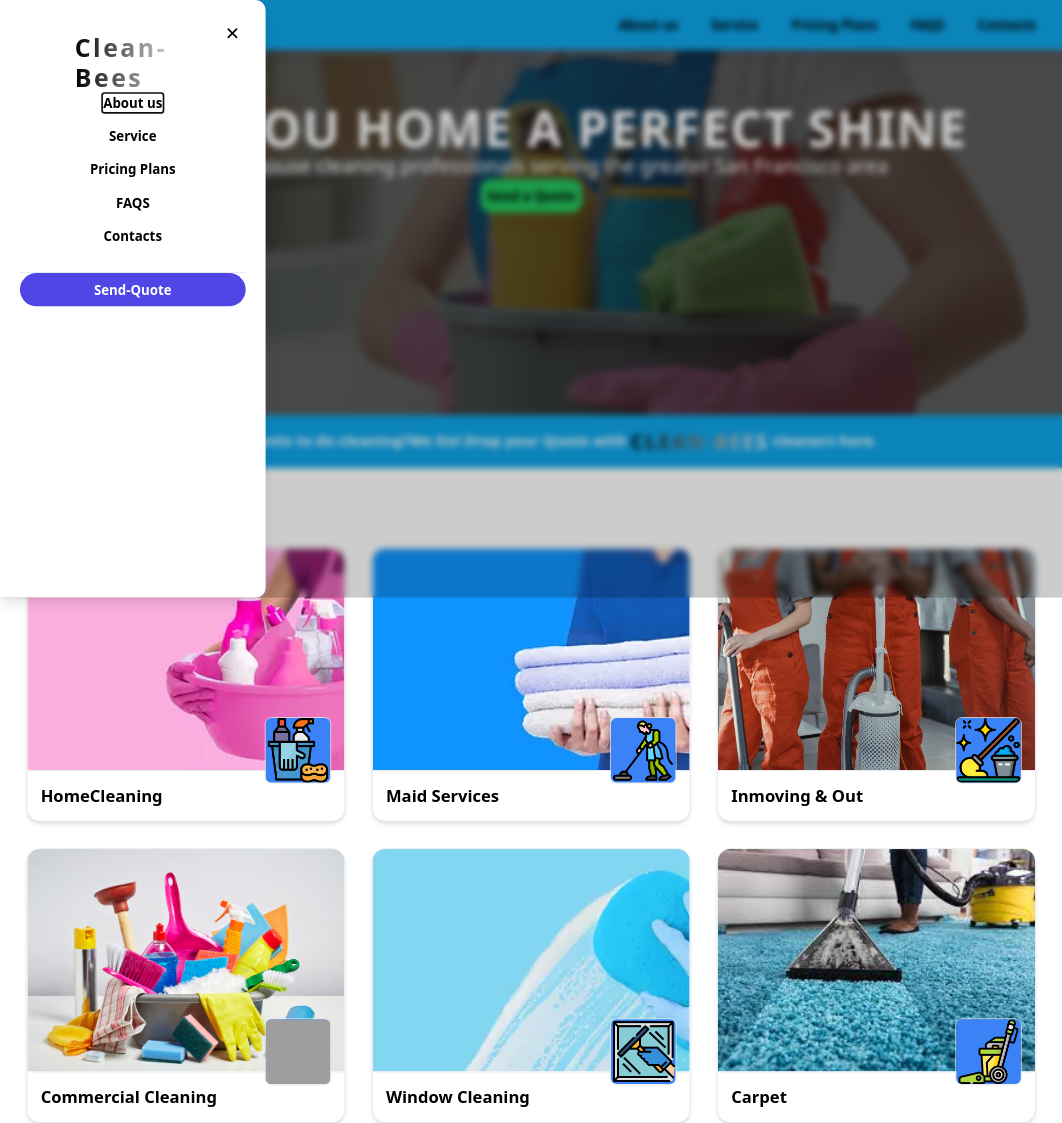
Repository: remydev47/cleanbees
Page: /
An editor plug-in stored every save of this project. The page is shown before and after the next save, followed by the edit.
The browser window is 1280 px wide. The pictures show the whole page, at 83% of full size.
Pictures or frames that could not be fetched are drawn as grey boxes. The project was rebuilt for these pictures with package versions that can differ from the ones it lists, and the page was loaded fresh each time. The framework's server and built-in components were replaced by stand-ins that run in the browser. Also part of the build but not shown: next.config.js.

Above is the page before, as saved 2022-09-16 15:01:36.

After the next save:
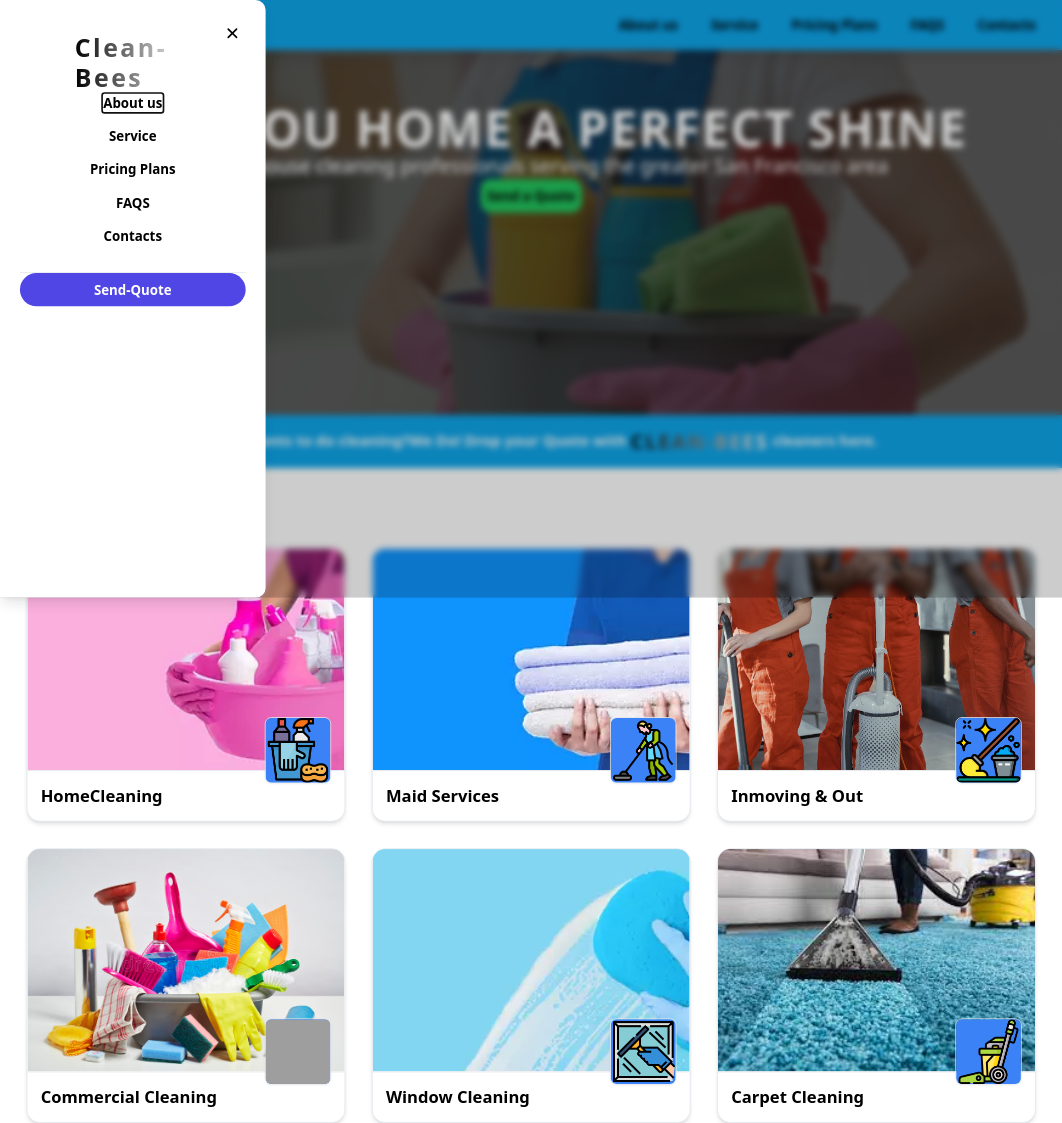
Saved 64 s later.
--- a/components/Services.tsx
+++ b/components/Services.tsx
@@ -34,7 +34,7 @@
         logo:"/img/window.png"
     },
     {
-        name:"Carpet",
+        name:"Carpet Cleaning",
         description:"",
         image:'/img/cleancarpet.jpg',
         logo:"/img/carpet.png"
